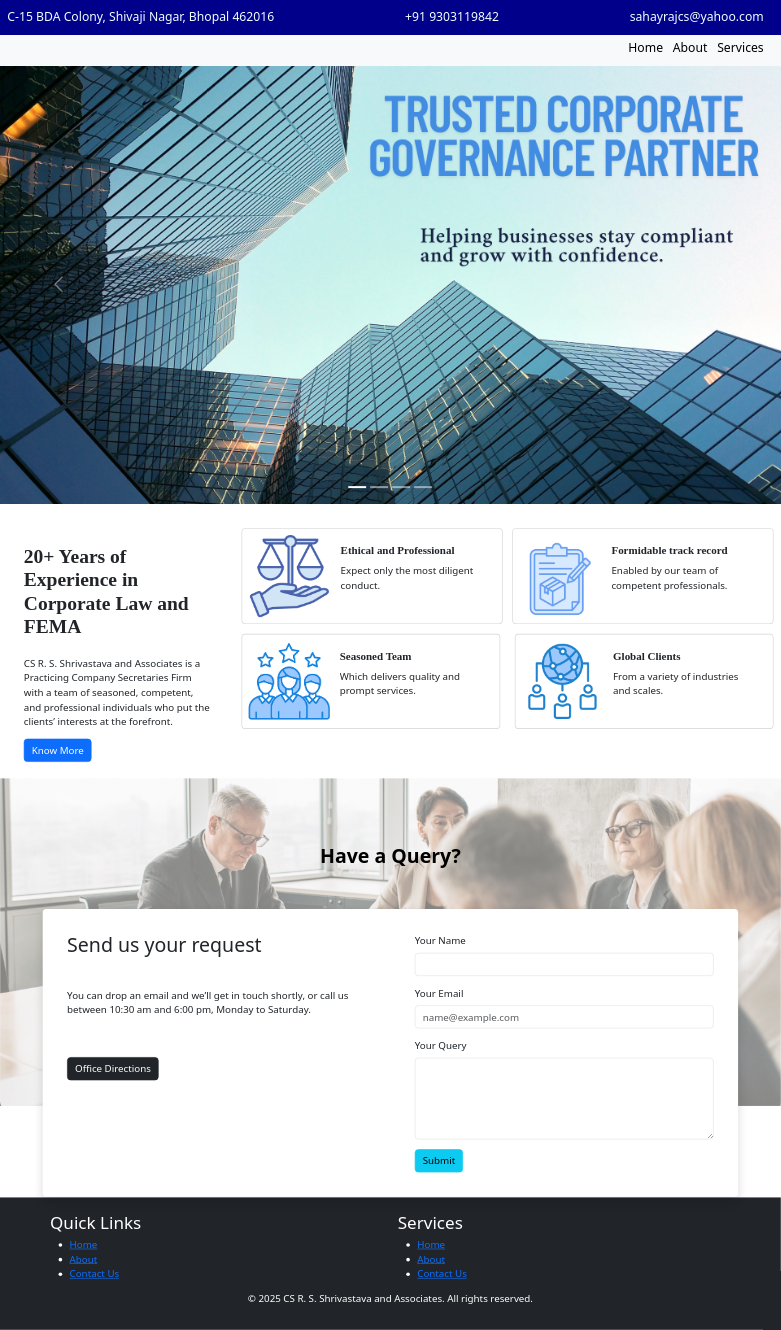
Repository: aayushiss/CS-RSS
Page: index.html
An editor plug-in stored every save of this project. The page is shown before and after the next save, followed by the edit.
The browser window is 1280 px wide. The pictures show the whole page, at 61% of full size.

Above is the page before, as saved 2025-05-15 20:16:39.

After the next save:
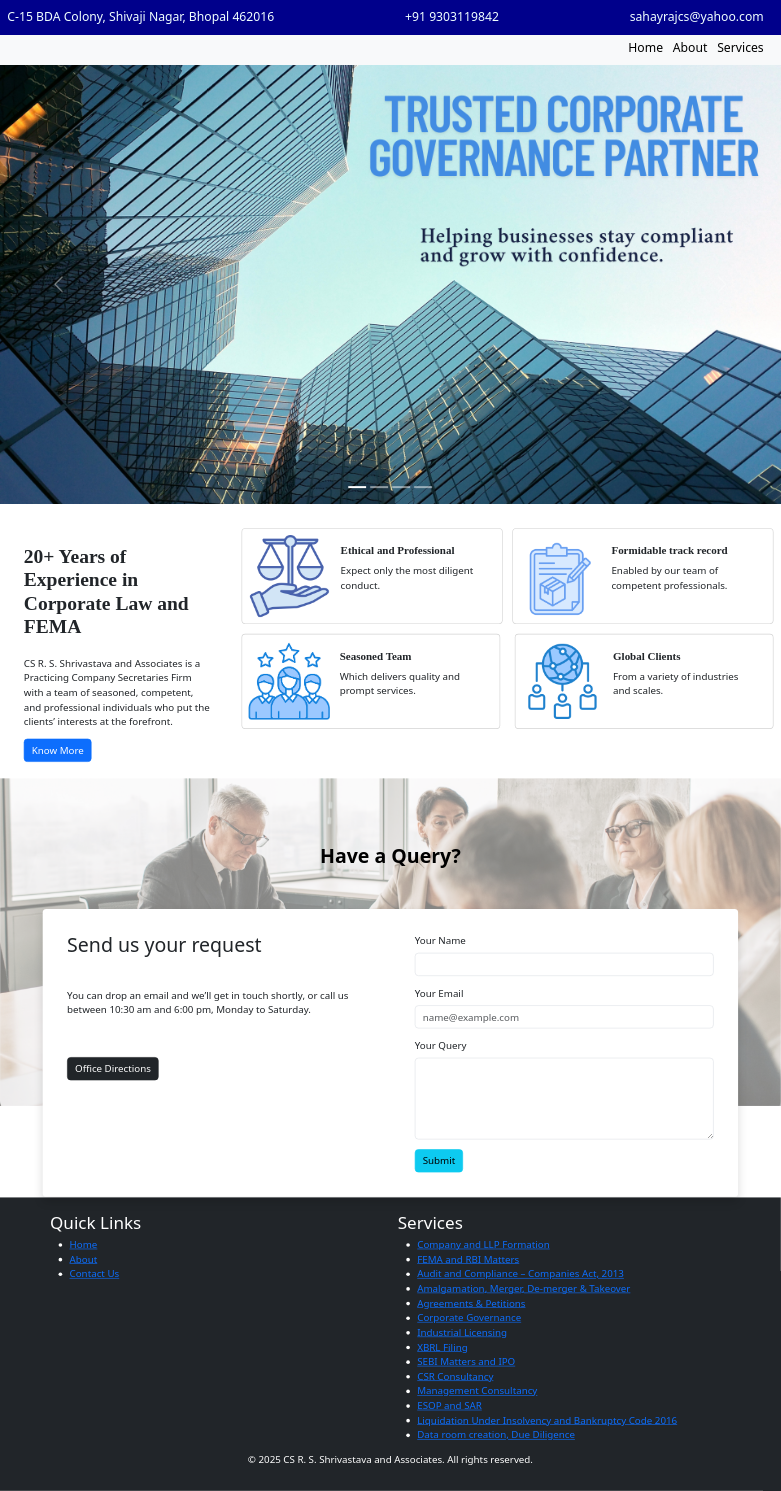
Saved 6 min 20 s later.
--- a/index.html
+++ b/index.html
@@ -207,9 +207,22 @@
         <div class="col">
           <h3>Services</h3>
           <ul>
-            <li><a href="index.html">Home</a></li>
-            <li><a href="about.html">About</a></li>
-            <li><a href="#contact-section">Contact Us</a></li>
+            <li><a href="index.html">Company and LLP Formation</a></li>
+            <li><a href="about.html">FEMA and RBI Matters</a></li>
+            <li><a href="#contact-section">Audit and Compliance – Companies Act, 2013</a></li>
+            <li><a href="hncjsd">Amalgamation, Merger, De-merger & Takeover</a></li>
+            <li><a href="hncjsd">Agreements & Petitions</a></li>
+            <li><a href="hncjsd">Corporate Governance</a></li>
+            <li><a href="hncjsd">Industrial Licensing</a></li>
+            <li><a href="hncjsd">XBRL Filing</a></li>
+            <li><a href="hncjsd">SEBI Matters and IPO</a></li>
+            <li><a href="hncjsd">CSR Consultancy</a></li>
+            <li><a href="hncjsd">Management Consultancy</a></li>
+            <li><a href="hncjsd">ESOP and SAR</a></li>
+            <li><a href="hncjsd">Liquidation Under
+              Insolvency and Bankruptcy Code 2016</a></li>
+            <li><a href="hncjsd">Data room creation, Due Diligence</a></li>
+
           </ul>
         </div>
       </div>
